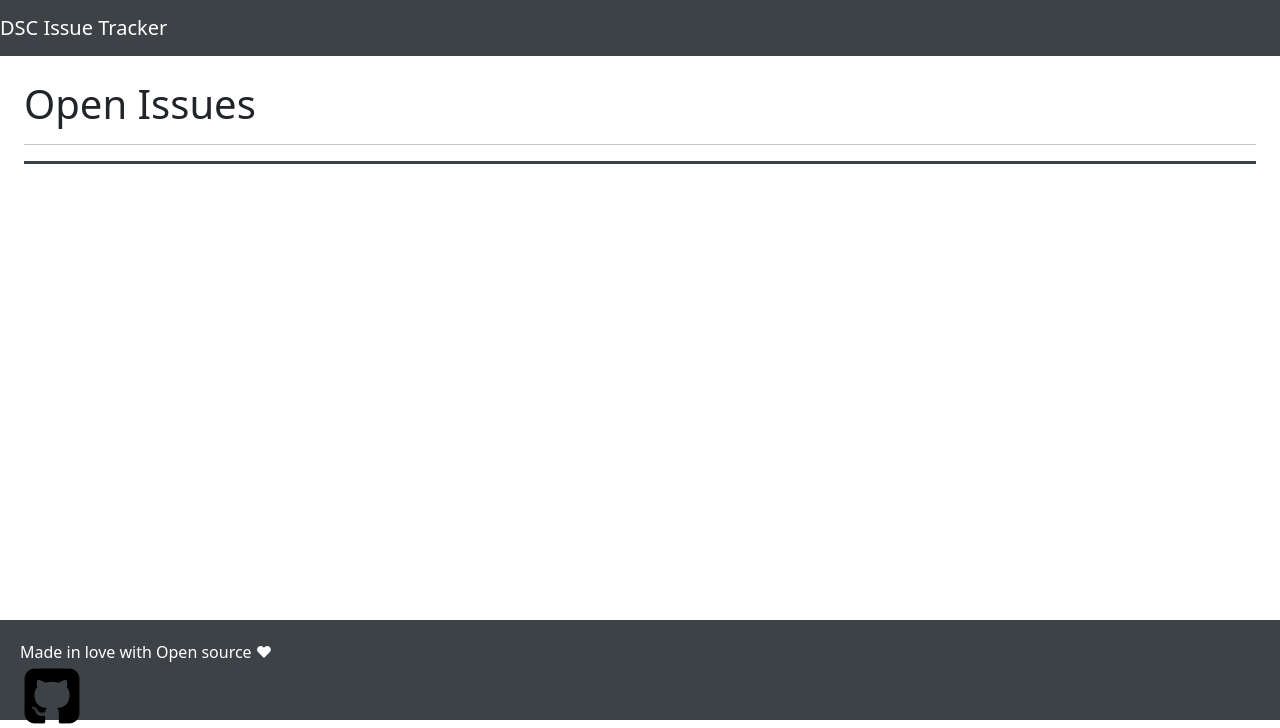
Repository: Tsardines/issue-tracker
Page: index.html
An editor plug-in stored every save of this project. The page is shown before and after the next save, followed by the edit.
The browser window is 1280 px wide. The pictures show the whole page.
Some web libraries are served in a nearby version.

Above is the page before, as saved 2019-10-06 21:53:53.
Console error: SyntaxError: Cannot use import statement outside a module

After the next save:
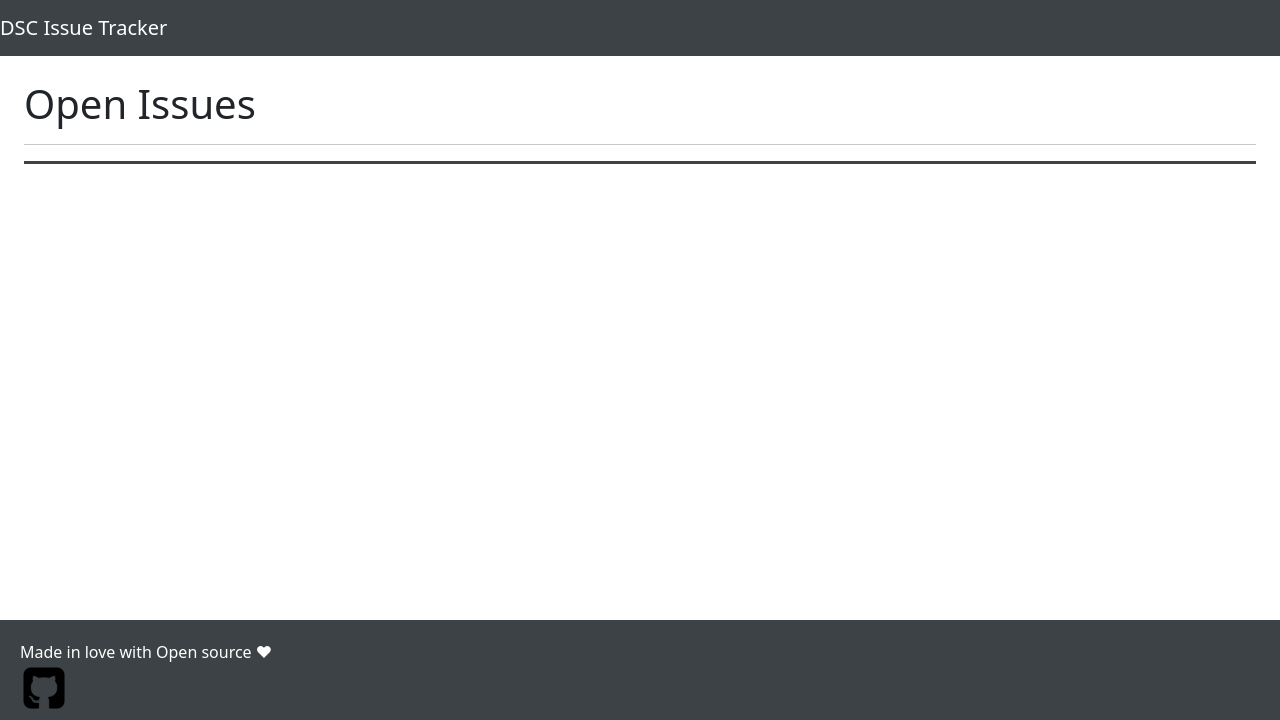
Saved 5 s later.
--- a/css/index.css
+++ b/css/index.css
@@ -44,5 +44,5 @@
 }
 
 .footer-links_github {
-    width: 4rem;
+    width: 3rem;
 }
